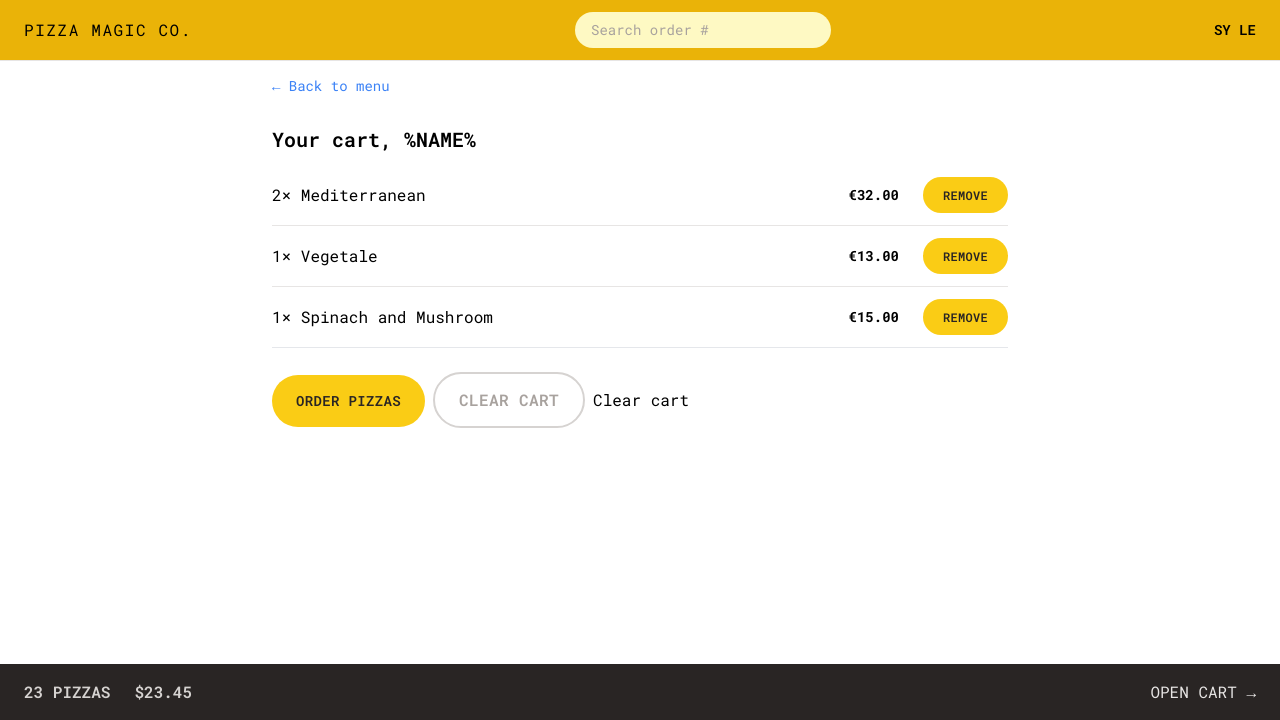
Repository: SyLe-Van/The-Pizza-Magic-web
Page: /cart
These files come from the project's save history. The page is drawn as it stood at one moment and after the next save; the edit follows.
The browser window is 1280 px wide. The pictures show the whole page.
The project was rebuilt for these pictures with package versions that can differ from the ones it lists, and the page was loaded fresh each time. Also part of the build but not shown: vite.config.js, src/features/user/CreateUser.jsx, src/ui/Home.jsx, src/ui/Loader.jsx, src/services/apiRestaurant.js, src/features/menu/Menu.jsx, src/ui/Error.jsx, src/features/order/CreateOrder.jsx and 1 more. Imported but missing from the stored project, and not drawn on this page: src/features/menu/MenuItem.

Above is the page before, as saved 2024-07-28 18:56:12.

### index.html
<!doctype html>
<html lang="en">
  <head>
    <meta charset="UTF-8" />
    <link rel="icon" type="image/svg+xml" href="/vite.svg" />
    <meta name="viewport" content="width=device-width, initial-scale=1.0" />
    <link rel="preconnect" href="https://fonts.googleapis.com">
    <link rel="preconnect" href="https://fonts.gstatic.com" crossorigin>
    <link href="https://fonts.googleapis.com/css2?family=Roboto+Mono:ital,wght@0,100..700;1,100..700&display=swap"
      rel="stylesheet">
    <title>Vite + React</title>
  </head>
  <body clas="bg-stone-100 text-stone-700">
    <div id="root"></div>
    <script type="module" src="/src/main.jsx"></script>
  </body>
</html>

### src/App.jsx
import {RouterProvider, createBrowserRouter } from "react-router-dom"
import Home from "./ui/Home"
import AppLayout from "./ui/AppLayout"
import Menu, {loader as menuLoader} from "./features/menu/Menu"
import Cart from "./features/cart/Cart"
import Error from "./ui/Error"
import CreateOrder, {action as CreateOrderAction} from "./features/order/CreateOrder"
import Order, {loader as orderLoader} from "./features/order/Order"
const router = createBrowserRouter([
  {
    element: <AppLayout />,
    errorElement: <Error />,
    children: [
      {
        path: "/",
        element: <Home />
      },
      {
        path: "/menu",
        element: <Menu />,
        loader: menuLoader,
        errorElement: <Error />,
      },
      {
        path: "/cart",
        element: <Cart />
      },
      {
        path: "/order/new",
        element: <CreateOrder />,
        action: CreateOrderAction,
      },
      {
        path: "/order/:orderId",
        element: <Order />,
        loader: orderLoader,
        errorElement: <Error />,
      }
    ]
  },


])

export default function App() {
  return <RouterProvider router={router} />
}

### src/index.css
@tailwind base;
@tailwind components;
@tailwind utilities;

@layer components {
  .input{
    @apply
      rounded-full
       md:px-6 md:py-3
        focus:ring
        focus:ring-yellow-400
         focus:outline-none
          border
           border-stone-200
             px-4 py-2
            text-sm transition-all
             duration-300
              placeholder:text-stone-400
               bg-slate-300

  }
    .loader {
      width: 45px;
      aspect-ratio: 0.75;
      --c: no-repeat linear-gradient(theme(colors.stone.800) 0 0);
      background: var(--c) 0% 50%, var(--c) 50% 50%, var(--c) 100% 50%;
      background-size: 20% 50%;
      animation: loading 1s infinite linear;
    }

    @keyframes loading {
      20% {
        background-position: 0% 0%, 50% 50%, 100% 50%;
      }

      40% {
        background-position: 0% 100%, 50% 0%, 100% 50%;
      }

      60% {
        background-position: 0% 50%, 50% 100%, 100% 0%;
      }

      80% {
        background-position: 0% 50%, 50% 50%, 100% 100%;
      }
    }
}
/* body {
  font-family: system-ui, -apple-system, BlinkMacSystemFont, 'Segoe UI', Roboto,
    Oxygen, Ubuntu, Cantarell, 'Open Sans', 'Helvetica Neue', sans-serif;
  background-color: #f7f7f7;
  color: #444;
}

.layout {
  display: grid;
  grid-template-rows: auto 1fr auto;
  gap: 32px;
  height: 100dvh;

} */

/* https://dev.to/afif/i-made-100-css-loaders-for-your-next-project-4eje */

### src/ui/AppLayout.jsx
import { Outlet, useNavigation } from "react-router-dom";
import CartOverview from "../features/cart/CartOverview";
import Header from "./Header";
import Loader from "./Loader";
export default function AppLayout() {
    const navigation = useNavigation()
    const isLoading = navigation.state === "loading"
    return (
        <div className="grid h-screen grid-rows-[auto_1fr_auto]">
            {isLoading && <Loader />}
            <Header />
            <div className="overflow-scroll">
                <main className="mx-auto max-w-3xl ">
                    <Outlet />
                </main>
            </div>
            <CartOverview />
        </div>
    )
}

### src/features/cart/Cart.jsx
import { Link } from 'react-router-dom';
import LinkButton from '../../ui/LinkButton';
import Button from '../../ui/Button';
import CartItem from './CartItem';
const fakeCart = [
  {
    pizzaId: 12,
    name: 'Mediterranean',
    quantity: 2,
    unitPrice: 16,
    totalPrice: 32,
  },
  {
    pizzaId: 6,
    name: 'Vegetale',
    quantity: 1,
    unitPrice: 13,
    totalPrice: 13,
  },
  {
    pizzaId: 11,
    name: 'Spinach and Mushroom',
    quantity: 1,
    unitPrice: 15,
    totalPrice: 15,
  },
];

function Cart() {
  const cart = fakeCart;

  return (
    <div className='py-3 px-4 '>
      <LinkButton to="/menu">&larr; Back to menu</LinkButton>
      <h2 className='mt-7 text-xl font-semibold'>Your cart, %NAME%</h2>
      <ul className='divide-y divide-stone-200 border-b mt-3'>
        {cart.map(item => <CartItem item={item} key={item.key} />)}
      </ul>
      <div className='mt-6 space-x-2'>
        <Button type="primary" to="/order/new">Order pizzas</Button>

        <Button type="secondary">Clear cart</Button>
        <button>Clear cart</button>
      </div>
    </div>
  );
}

export default Cart;

### src/features/cart/CartOverview.jsx
import { Link } from "react-router-dom";

export default function CartOverview() {
  return (
    <div className="bg-stone-800 text-stone-200 py-4 justify-between uppercase  px-4 sm:px-6 md:text-base flex items-center">
      <p className="text-stone-300 font-semibold space-x-4 sm:space-x-6">
        <span>23 pizzas</span>
        <span>$23.45</span>
      </p>
      <Link to='/cart'>Open cart &rarr;</Link>
    </div>
  );
}

### src/ui/Header.jsx
import { Link } from "react-router-dom";
import Username from "../features/user/Username";
import SearchOrder from "../features/order/SearchOrder";

export default function Header() {
    return (
        <header className="bg-yellow-500  flex items-center justify-between uppercase py-3 px-4 border-b border-stone-200 sm:px-6">
            <Link className="tracking-widest" to="/">Pizza Magic Co.</Link>
            <SearchOrder />

            <Username />

        </header>
    )
}

### src/ui/LinkButton.jsx
import {Link, useNavigate } from 'react-router-dom';
function LinkButton({ children, to }) {
    const navigatate = useNavigate();
    const className = "text-sm text-blue-500 hover:text-blue-600 hover:underline"
    if(to === '-1') {
        return (
            <button className={className} onClick={() => navigatate(-1)}>
            {children}
          </button>
        );
    }
  return (
      <Link to={to} className={className}>
          {children}
    </Link>
  );
}

export default LinkButton;

### src/ui/Button.jsx
import { Link } from "react-router-dom";
function Button({ children, disabled, to , type}) {

    const base = "bg-yellow-400 text-sm focus:outline-none focus:ring-offset-2 focus:ring focus:ring-yellow-300 focus:bg-yellow-300 duration-300 transition-colors uppercase font-semibold   text-stone-800 inline-block  tracking-wide rounded-full hover:bg-yellow-300 disabled:cursor-not-allowed "
    const styles = {
        secondary: "focus:outline-none hover:text-stone-800 border-2 py-2.5 px-4 md:px-6 md:py-3.5 border-stone-300 focus:ring-offset-2 focus:ring focus:ring-stone-200 focus:bg-stone-300 duration-300 transition-colors uppercase font-semibold   text-stone-400 inline-block  tracking-wide rounded-full hover:bg-stone-300 disabled:cursor-not-allowed ",
        primary: base + "py-3 px-4 md:px-6 md:py-4",
        small: base + "px-4 py-2 md:px-5 md:py-2.5 text-xs"
    }
    if (to) {
        return <Link className={styles[type]} to={to}>{children}</Link>
    }
    return <button disabled={disabled} className={styles[type]}>
      {children}
  </button>
}
export default Button;

### src/features/cart/CartItem.jsx
import Button from "../../ui/Button";
import { formatCurrency } from "../../utils/helpers";
function CartItem({ item }) {
  const { pizzaId, name, quantity, totalPrice } = item;

  return (
    <li className="py-3 sm:flex sm:items-center sm:justify-between ">
      <p className="mb-1 sm:mb-0">
        {quantity}&times; {name}
      </p>
      <div className="flex justify-between sm:gap-6 items-center">
        <p className="text-sm font-bold">{formatCurrency(totalPrice)}</p>
        <Button type="small">Remove</Button>
      </div>
    </li>
  );
}

export default CartItem;

### src/features/user/Username.jsx
function Username() {
    return (
        <div className="text-sm hidden font-semibold md:block">Sy Le</div>
    )
}

export default Username;

### src/features/order/SearchOrder.jsx
import {useState} from 'react';
import { useNavigate } from 'react-router-dom';
export default function SearchOrder() {
    const [query, setQuery] = useState("");
    const navigate = useNavigate()

    function handleSubmit(e) {
        e.preventDefault();
        if (!query) return;
        navigate('/order/' + query)
        setQuery("")
    }
    return (
        <form onSubmit={handleSubmit}>
            <input  placeholder="Search order #"
                value={query}
                onChange={e => setQuery(e.target.value)}
                className='w-28 transition-all duration-300 focus:ring-opacity-50 rounded-full bg-yellow-100 px-4 py-2 text-sm placeholder:text-stone-400 sm:w-64 sm:focus:focus:w-72 focus:outline-none focus:ring focus:ring-yellow-500'
            />
        </form>
    )
}

### tailwind.config.js
/** @type {import('tailwindcss').Config} */
module.exports = {
  content: ["./index.html", "./src/**/*.{html,js,jsx,tsx}"],
  theme: {
    fontFamily: {
      sans: "Roboto Mono, monospace",
    },

    extend: {
      fontSize: {
        huge: ["8rem", { lineHeight: "1" }],
      },
      height: {
        screen: "100dvh",
      },
    },
  },
  plugins: [],
};

Loaded but not shown: src/main.jsx (common file); src/utils/helpers.js (common file)

After the next save:
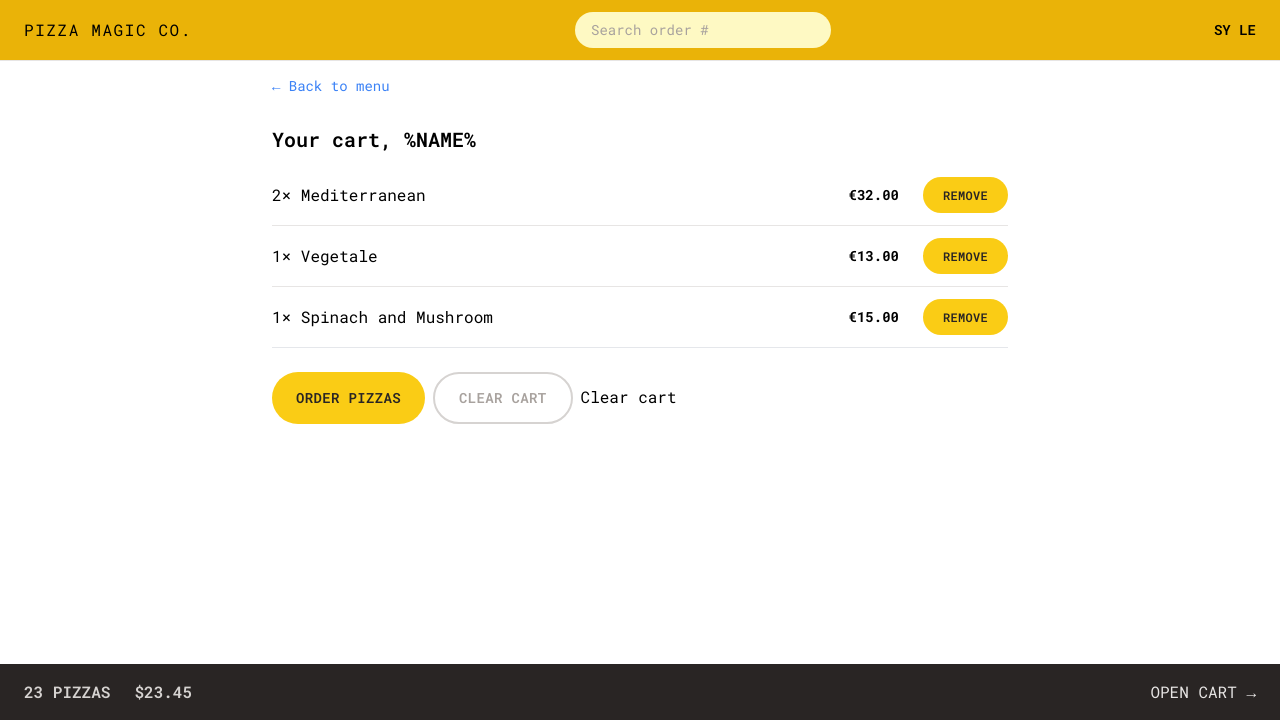
Saved 6 s later.
--- a/src/ui/Button.jsx
+++ b/src/ui/Button.jsx
@@ -3,7 +3,7 @@ function Button({ children, disabled, to , type}) {
 
     const base = "bg-yellow-400 text-sm focus:outline-none focus:ring-offset-2 focus:ring focus:ring-yellow-300 focus:bg-yellow-300 duration-300 transition-colors uppercase font-semibold   text-stone-800 inline-block  tracking-wide rounded-full hover:bg-yellow-300 disabled:cursor-not-allowed "
     const styles = {
-        secondary: "focus:outline-none hover:text-stone-800 border-2 py-2.5 px-4 md:px-6 md:py-3.5 border-stone-300 focus:ring-offset-2 focus:ring focus:ring-stone-200 focus:bg-stone-300 duration-300 transition-colors uppercase font-semibold   text-stone-400 inline-block  tracking-wide rounded-full hover:bg-stone-300 disabled:cursor-not-allowed ",
+        secondary: "focus:outline-none text-sm hover:text-stone-800 border-2 py-2.5 px-4 md:px-6 md:py-3.5 border-stone-300 focus:ring-offset-2 focus:ring focus:ring-stone-200 focus:bg-stone-300 duration-300 transition-colors uppercase font-semibold   text-stone-400 inline-block  tracking-wide rounded-full hover:bg-stone-300 disabled:cursor-not-allowed ",
         primary: base + "py-3 px-4 md:px-6 md:py-4",
         small: base + "px-4 py-2 md:px-5 md:py-2.5 text-xs"
     }
